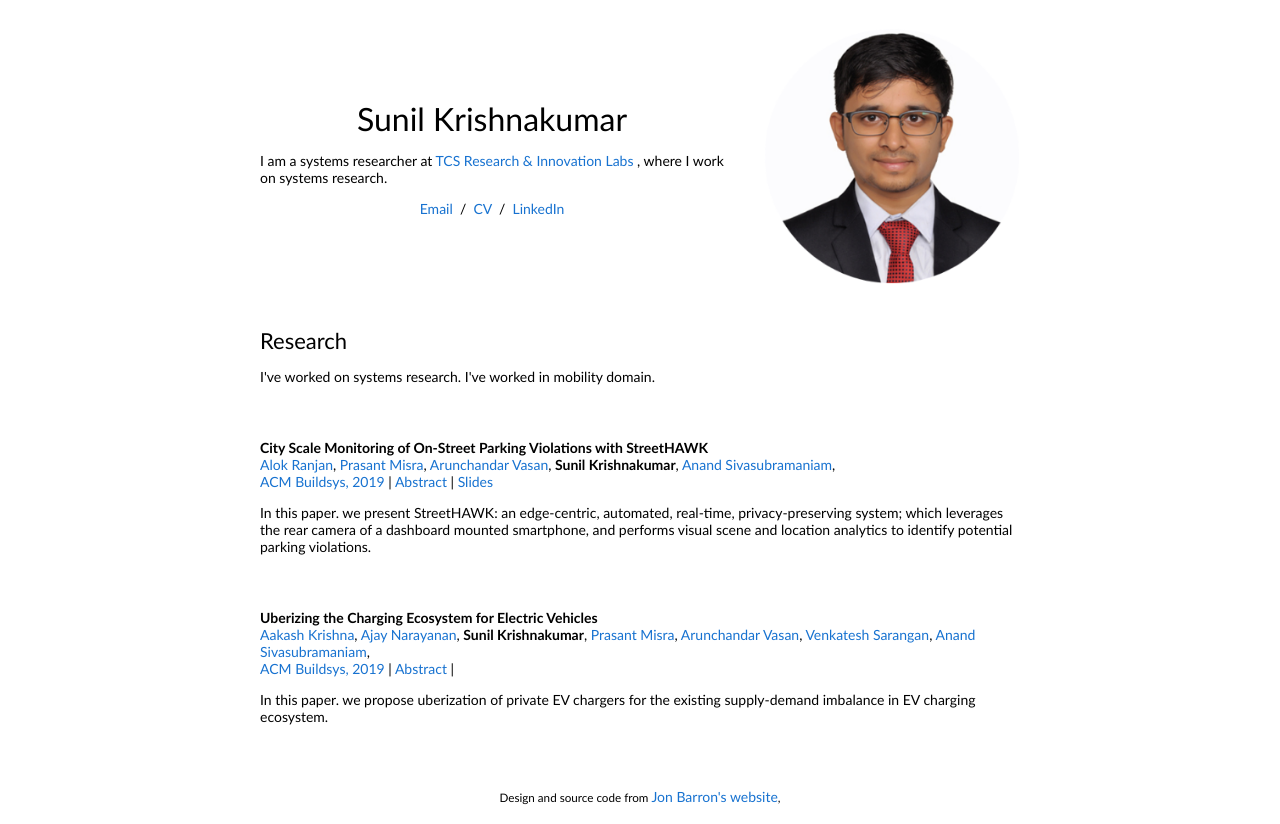
Repository: Sunil-KK/-
Page: index.html
An editor plug-in stored every save of this project. The page is shown before and after the next save, followed by the edit.
The browser window is 1280 px wide. The pictures show the whole page.

Above is the page before, as saved 2020-09-02 02:01:52.

### index.html
<!DOCTYPE HTML>
<html lang="en"><head><meta http-equiv="Content-Type" content="text/html; charset=UTF-8">
  <!-- Hi, Jon Here. Please DELETE the two <script> tags below if you use this HTML, otherwise my analytics will track your page -->
  <!-- Global site tag (gtag.js) - Google Analytics -->
  <script async src="https://www.googletagmanager.com/gtag/js?id=UA-7580334-2"></script>
  <script>
    window.dataLayer = window.dataLayer || [];
    function gtag(){dataLayer.push(arguments);}
    gtag('js', new Date());

    gtag('config', 'UA-7580334-2');
  </script>

  <title>Sunil Krishnakumar</title>

  <meta name="author" content="Sunil Krishnakumar">
  <meta name="viewport" content="width=device-width, initial-scale=1">

  <link rel="stylesheet" type="text/css" href="stylesheet.css">
  <link rel="icon" type="image/png" href="images/seal_icon.png">
</head>

<body>
  <table style="width:100%;max-width:800px;border:0px;border-spacing:0px;border-collapse:separate;margin-right:auto;margin-left:auto;"><tbody>
    <tr style="padding:0px">
      <td style="padding:0px">
        <table style="width:100%;border:0px;border-spacing:0px;border-collapse:separate;margin-right:auto;margin-left:auto;"><tbody>
          <tr style="padding:0px">
            <td style="padding:2.5%;width:63%;vertical-align:middle">
              <p style="text-align:center">
                <name>Sunil Krishnakumar</name>
              </p>
              <p>I am a systems researcher at <a href="https://www.tcs.com/research-and-innovation">TCS Research & Innovation Labs </a>, where I work on systems research.
              </p>
              <p>
                <!-- At Google I've worked on <a href="https://ai.googleblog.com/2014/04/lens-blur-in-new-google-camera-app.html">Lens Blur</a>, <a href="https://ai.googleblog.com/2014/10/hdr-low-light-and-high-dynamic-range.html">HDR+</a>, <a href="https://www.google.com/get/cardboard/jump/">Jump</a>, <a href="https://ai.googleblog.com/2017/10/portrait-mode-on-pixel-2-and-pixel-2-xl.html">Portrait Mode</a>, and <a href="https://www.youtube.com/watch?v=JSnB06um5r4">Glass</a>. I did my PhD at <a href="http://www.eecs.berkeley.edu/">UC Berkeley</a>, where I was advised by <a href="http://www.cs.berkeley.edu/~malik/">Jitendra Malik</a> and funded by the <a href="http://www.nsfgrfp.org/">NSF GRFP</a>. I did my bachelors at the <a href="http://cs.toronto.edu">University of Toronto</a>. -->
                <!-- I've recieved the <a href="https://www2.eecs.berkeley.edu/Students/Awards/15/">C.V. Ramamoorthy Distinguished Research Award</a> and the <a href="https://www.thecvf.com/?page_id=413#YRA">PAMI Young Researcher Award</a>. -->
              </p>
              <p style="text-align:center">
                <a href="mailto:komadamsunil96@gmail.com">Email</a> &nbsp/&nbsp
                <a href="data/Sunil_CV.pdf.pdf">CV</a> &nbsp/&nbsp
                <!-- <a href="data/JonBarron-bio.txt">LinkedI</a> &nbsp/&nbsp -->
                <!-- <a href="https://scholar.google.com/citations?hl=en&user=jktWnL8AAAAJ">Google Scholar</a> &nbsp/&nbsp -->
                <a href="https://www.linkedin.com/in/sunilkrishnakumar/">LinkedIn</a>
                <!-- <a href="https://twitter.com/jon_barron">Twitter</a> -->
              </p>
            </td>
            <td style="padding:2.5%;width:40%;max-width:40%">
              <a href="images/ID.jpg"><img style="width:100%;max-width:100%" alt="profile photo" src="images/Sunil_circle.png" class="hoverZoomLink"></a>
            </td>
          </tr>
        </tbody></table>
        <table style="width:100%;border:0px;border-spacing:0px;border-collapse:separate;margin-right:auto;margin-left:auto;"><tbody>
            <tr>
            <td style="padding:20px;width:100%;vertical-align:middle">
              <heading>Research</heading>
              <p>
                I've worked on systems research. I've worked in mobility domain.
                <!-- Representative papers are <span class="highlight">highlighted</span>. -->
              </p>
            </td>
          </tr>
        </tbody></table>
        <table style="width:100%;border:0px;border-spacing:0px;border-collapse:separate;margin-right:auto;margin-left:auto;"><tbody>


            </td>
            <td style="padding:20px;width:75%;vertical-align:middle">
              <strong>City Scale Monitoring of On-Street Parking Violations with StreetHAWK</strong>
              <br>
              <a href="https://sites.google.com/view/alok-ranjan/home">Alok Ranjan</a>,
              <a href="https://sites.google.com/site/prasantmisra">Prasant Misra</a>,
              <a href="https://www.linkedin.com/in/arun-vasan/">Arunchandar Vasan</a>,
              <strong>Sunil Krishnakumar</strong>,
              <a href="http://www.cse.psu.edu/~axs53/">Anand Sivasubramaniam</a>,
              <br>
              <!-- <em>ACM Buildsys</em>, 2019   -->
              <!-- <br> -->
              <a href="https://dl.acm.org/doi/proceedings/10.1145/3360322">ACM Buildsys, 2019</a> |
              <a href="https://dl.acm.org/doi/10.1145/3360322.3360841"">Abstract</a> |
              <a href="data/2019-buildsys-streethawk-abridged.pdf">Slides</a>
              <p></p>
              <p>In this paper. we present StreetHAWK: an edge-centric, automated, real-time, privacy-preserving system;
                 which leverages the rear camera of a dashboard mounted smartphone, and performs visual scene and location
                 analytics to identify potential parking violations. </p>
            </td>
          </tr>


        </td>
        <td style="padding:20px;width:75%;vertical-align:middle">
          <strong>Uberizing the Charging Ecosystem for Electric Vehicles</strong>
          <br>
          <a href="https://www.researchgate.net/profile/Aakash_Krishna_Gs">Aakash Krishna</a>,
          <a href="https://www.researchgate.net/profile/Ajay_Narayanan4">Ajay Narayanan</a>,
          <strong>Sunil Krishnakumar</strong>,
          <a href="https://sites.google.com/site/prasantmisra">Prasant Misra</a>,
          <a href="https://www.linkedin.com/in/arun-vasan/">Arunchandar Vasan</a>,
          <a href="https://www.linkedin.com/in/venkatesh-sarangan-429a4168/">Venkatesh Sarangan</a>,
          <a href="http://www.cse.psu.edu/~axs53/">Anand Sivasubramaniam</a>,
          <br>
          <!-- <em>ACM Buildsys</em>, 2019   -->
          <!-- <br> -->
          <a href="https://dl.acm.org/doi/proceedings/10.1145/3396851">ACM Buildsys, 2019</a> |
          <a href="https://doi.org/10.1145/3396851.3397758">Abstract</a> |
          <!-- <a href="data/2019-buildsys-streethawk-abridged.pdf">Slides</a> -->
          <p></p>
          <p>In this paper. we propose uberization of private EV chargers for the existing supply-demand imbalance
             in EV charging ecosystem. </p>
        </td>
      </tr>

        <table style="width:100%;border:0px;border-spacing:0px;border-collapse:separate;margin-right:auto;margin-left:auto;"><tbody>
          <tr>
            <td style="padding:0px">
              <br>
              <p style="text-align:center;font-size:smaller;">
                Design and source code from <a href="https://github.com/jonbarron/jonbarron_website">Jon Barron's website</a>,
                <br>
              </p>
            </td>
          </tr>
        </tbody></table>
      </td>
    </tr>
  </table>
</body>

</html>

### stylesheet.css
/* latin-ext */
@font-face {
  font-family: 'Lato';
  font-style: italic;
  font-weight: 400;
  src: local('Lato Italic'), local('Lato-Italic'), url(https://fonts.gstatic.com/s/lato/v15/S6u8w4BMUTPHjxsAUi-qNiXg7eU0.woff2) format('woff2');
  unicode-range: U+0100-024F, U+0259, U+1E00-1EFF, U+2020, U+20A0-20AB, U+20AD-20CF, U+2113, U+2C60-2C7F, U+A720-A7FF;
}
/* latin */
@font-face {
  font-family: 'Lato';
  font-style: italic;
  font-weight: 400;
  src: local('Lato Italic'), local('Lato-Italic'), url(https://fonts.gstatic.com/s/lato/v15/S6u8w4BMUTPHjxsAXC-qNiXg7Q.woff2) format('woff2');
  unicode-range: U+0000-00FF, U+0131, U+0152-0153, U+02BB-02BC, U+02C6, U+02DA, U+02DC, U+2000-206F, U+2074, U+20AC, U+2122, U+2191, U+2193, U+2212, U+2215, U+FEFF, U+FFFD;
}
/* latin-ext */
@font-face {
  font-family: 'Lato';
  font-style: italic;
  font-weight: 700;
  src: local('Lato Bold Italic'), local('Lato-BoldItalic'), url(https://fonts.gstatic.com/s/lato/v15/S6u_w4BMUTPHjxsI5wq_FQftx9897sxZ.woff2) format('woff2');
  unicode-range: U+0100-024F, U+0259, U+1E00-1EFF, U+2020, U+20A0-20AB, U+20AD-20CF, U+2113, U+2C60-2C7F, U+A720-A7FF;
}
/* latin */
@font-face {
  font-family: 'Lato';
  font-style: italic;
  font-weight: 700;
  src: local('Lato Bold Italic'), local('Lato-BoldItalic'), url(https://fonts.gstatic.com/s/lato/v15/S6u_w4BMUTPHjxsI5wq_Gwftx9897g.woff2) format('woff2');
  unicode-range: U+0000-00FF, U+0131, U+0152-0153, U+02BB-02BC, U+02C6, U+02DA, U+02DC, U+2000-206F, U+2074, U+20AC, U+2122, U+2191, U+2193, U+2212, U+2215, U+FEFF, U+FFFD;
}
/* latin-ext */
@font-face {
  font-family: 'Lato';
  font-style: normal;
  font-weight: 400;
  src: local('Lato Regular'), local('Lato-Regular'), url(https://fonts.gstatic.com/s/lato/v15/S6uyw4BMUTPHjxAwXiWtFCfQ7A.woff2) format('woff2');
  unicode-range: U+0100-024F, U+0259, U+1E00-1EFF, U+2020, U+20A0-20AB, U+20AD-20CF, U+2113, U+2C60-2C7F, U+A720-A7FF;
}
/* latin */
@font-face {
  font-family: 'Lato';
  font-style: normal;
  font-weight: 400;
  src: local('Lato Regular'), local('Lato-Regular'), url(https://fonts.gstatic.com/s/lato/v15/S6uyw4BMUTPHjx4wXiWtFCc.woff2) format('woff2');
  unicode-range: U+0000-00FF, U+0131, U+0152-0153, U+02BB-02BC, U+02C6, U+02DA, U+02DC, U+2000-206F, U+2074, U+20AC, U+2122, U+2191, U+2193, U+2212, U+2215, U+FEFF, U+FFFD;
}
/* latin-ext */
@font-face {
  font-family: 'Lato';
  font-style: normal;
  font-weight: 700;
  src: local('Lato Bold'), local('Lato-Bold'), url(https://fonts.gstatic.com/s/lato/v15/S6u9w4BMUTPHh6UVSwaPGQ3q5d0N7w.woff2) format('woff2');
  unicode-range: U+0100-024F, U+0259, U+1E00-1EFF, U+2020, U+20A0-20AB, U+20AD-20CF, U+2113, U+2C60-2C7F, U+A720-A7FF;
}
/* latin */
@font-face {
  font-family: 'Lato';
  font-style: normal;
  font-weight: 700;
  src: local('Lato Bold'), local('Lato-Bold'), url(https://fonts.gstatic.com/s/lato/v15/S6u9w4BMUTPHh6UVSwiPGQ3q5d0.woff2) format('woff2');
  unicode-range: U+0000-00FF, U+0131, U+0152-0153, U+02BB-02BC, U+02C6, U+02DA, U+02DC, U+2000-206F, U+2074, U+20AC, U+2122, U+2191, U+2193, U+2212, U+2215, U+FEFF, U+FFFD;
}

a {
  color: #1772d0;
  text-decoration: none;
}

a:focus,
a:hover {
  color: #f09228;
  text-decoration: none;
}

body,
td,
th,
tr,
p,
a {
  font-family: 'Lato', Verdana, Helvetica, sans-serif;
  font-size: 14px
}

strong {
  font-family: 'Lato', Verdana, Helvetica, sans-serif;
  font-size: 14px;
}

heading {
  font-family: 'Lato', Verdana, Helvetica, sans-serif;
  font-size: 22px;
}

papertitle {
  font-family: 'Lato', Verdana, Helvetica, sans-serif;
  font-size: 14px;
  font-weight: 700
}

name {
  font-family: 'Lato', Verdana, Helvetica, sans-serif;
  font-size: 32px;
}

.one {
  width: 160px;
  height: 160px;
  position: relative;
}

.two {
  width: 160px;
  height: 160px;
  position: absolute;
  transition: opacity .2s ease-in-out;
  -moz-transition: opacity .2s ease-in-out;
  -webkit-transition: opacity .2s ease-in-out;
}

.fade {
  transition: opacity .2s ease-in-out;
  -moz-transition: opacity .2s ease-in-out;
  -webkit-transition: opacity .2s ease-in-out;
}

span.highlight {
  background-color: #ffffd0;
}

After the next save:
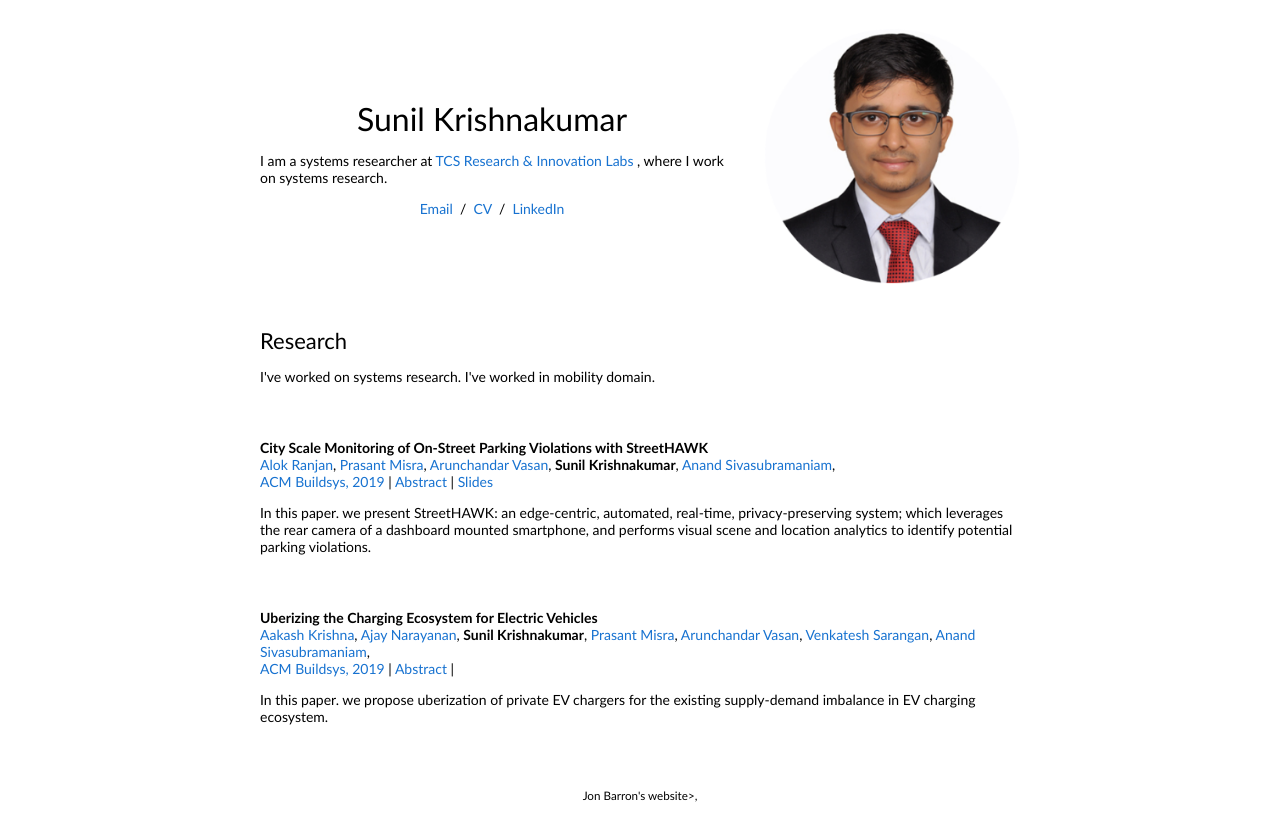
Saved 3 min 22 s later.
--- a/index.html
+++ b/index.html
@@ -114,8 +114,8 @@
           <tr>
             <td style="padding:0px">
               <br>
-              <p style="text-align:center;font-size:smaller;">
-                Design and source code from <a href="https://github.com/jonbarron/jonbarron_website">Jon Barron's website</a>,
+              <p style="text-align:center;font-size:smaller;"
+                Design and source code from <a href="https://github.com/jonbarron/jonbarron_website">Jon Barron's website</a>>,
                 <br>
               </p>
             </td>
